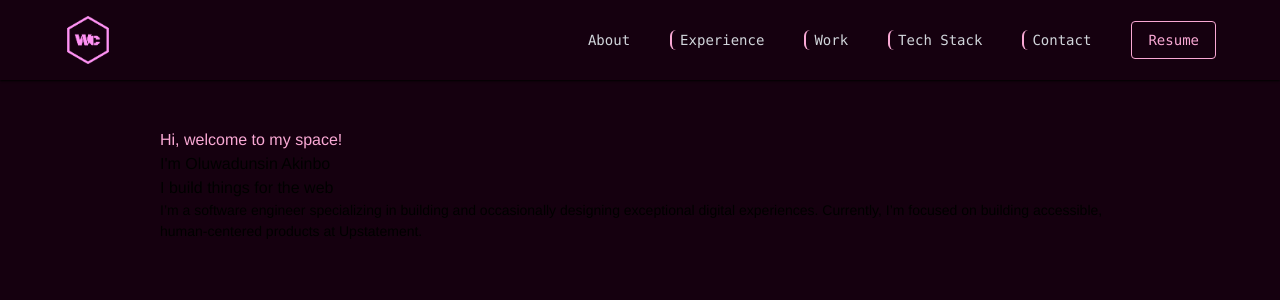
Repository: EmmyDunny1/myPortfolio
Page: / (app in MyPortfolio/)
These files come from the project's save history. The page is drawn as it stood at one moment and after the next save; the edit follows.
The browser window is 1280 px wide. The pictures show the whole page.
The project was rebuilt for these pictures with package versions that can differ from the ones it lists, and the page was loaded fresh each time. Also part of the build but not shown: MyPortfolio/vite.config.js.

Above is the page before, as saved 2025-01-13 10:38:04.

After the next save:
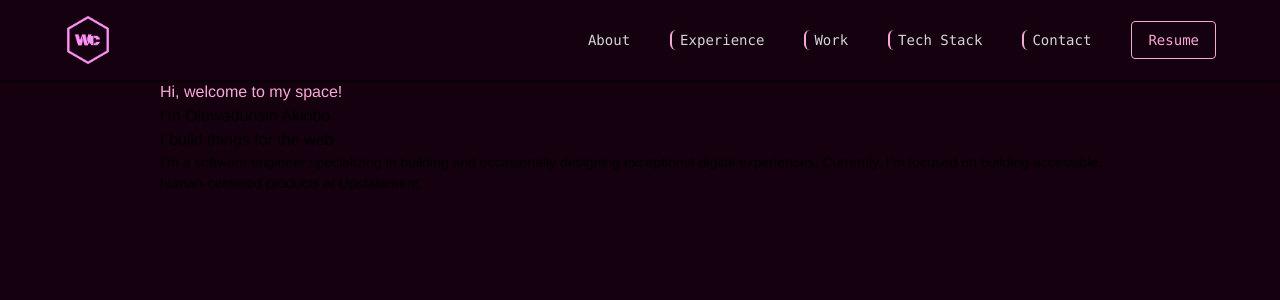
Saved 106 s later.
--- a/MyPortfolio/src/App.jsx
+++ b/MyPortfolio/src/App.jsx
@@ -5,7 +5,7 @@
   return (
     <div>
     <div className=''> <Navbar/> </div>
-    <div className='mt-[8rem]'><HeroSection/> </div>
+    <div className='mt-[5rem]'><HeroSection/> </div>
 
     </div>
   )
